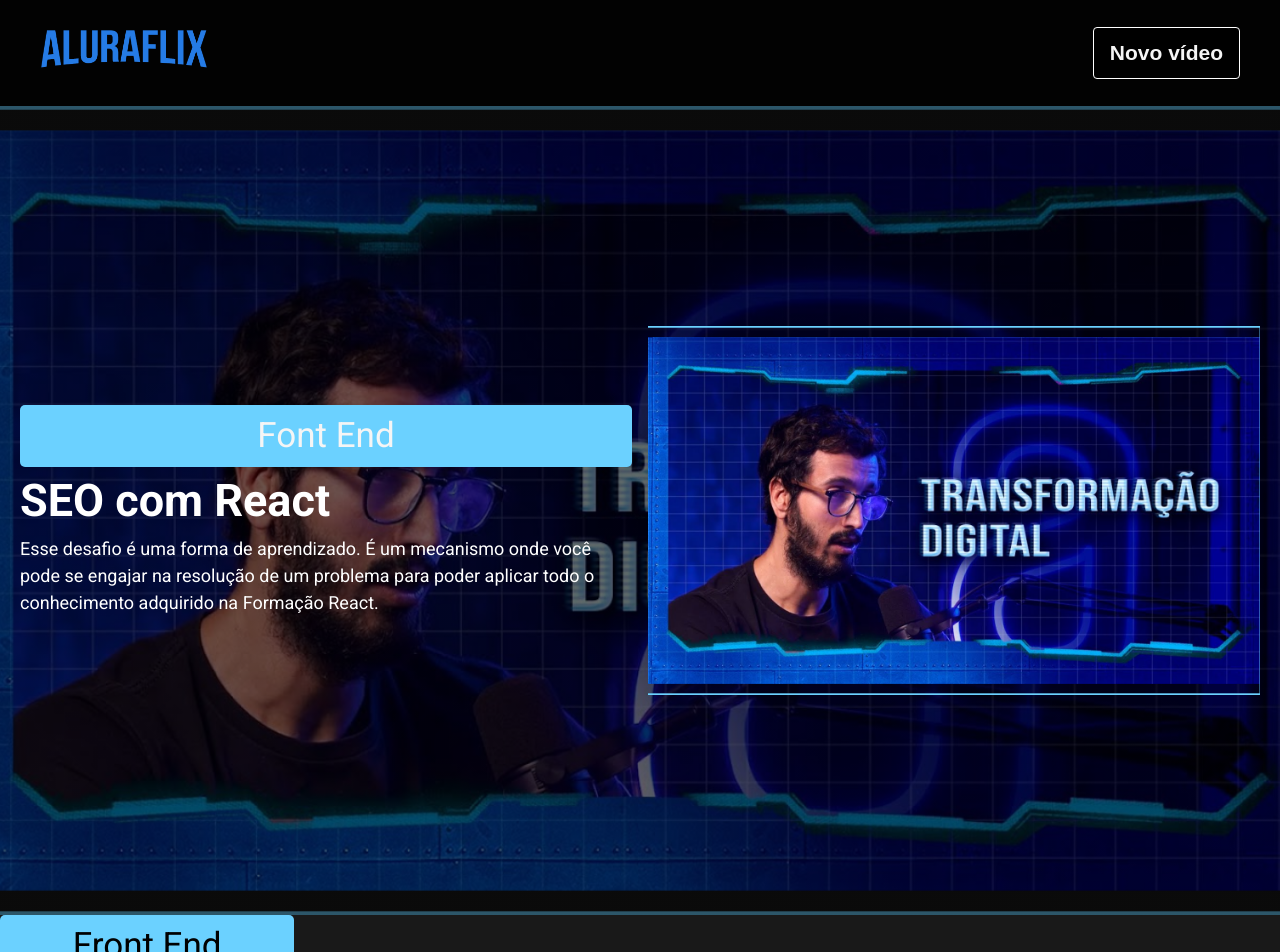
Repository: CarlosEduardoVdeOliveira/aluraflix
Page: /
An editor plug-in stored every save of this project. The page is shown before and after the next save, followed by the edit.
The browser window is 1280 px wide. The pictures show the part of the page from y = 0 to 952 px (the page is 3036 px tall before and 2961 px after).
The project was rebuilt for these pictures with package versions that can differ from the ones it lists, and the page was loaded fresh each time. Also part of the build but not shown: vite.config.js, src/components/Input/Input.module.css, src/components/Input/index.jsx, src/components/TextArea/TextArea.module.css, src/components/TextArea/index.jsx, src/pages/RegisterVideo/Register.module.css, src/pages/RegisterVideo/index.jsx, src/components/Table/Table.module.css and 3 more.

Above is the page before, as saved 2023-09-26 10:13:44.

After the next save:
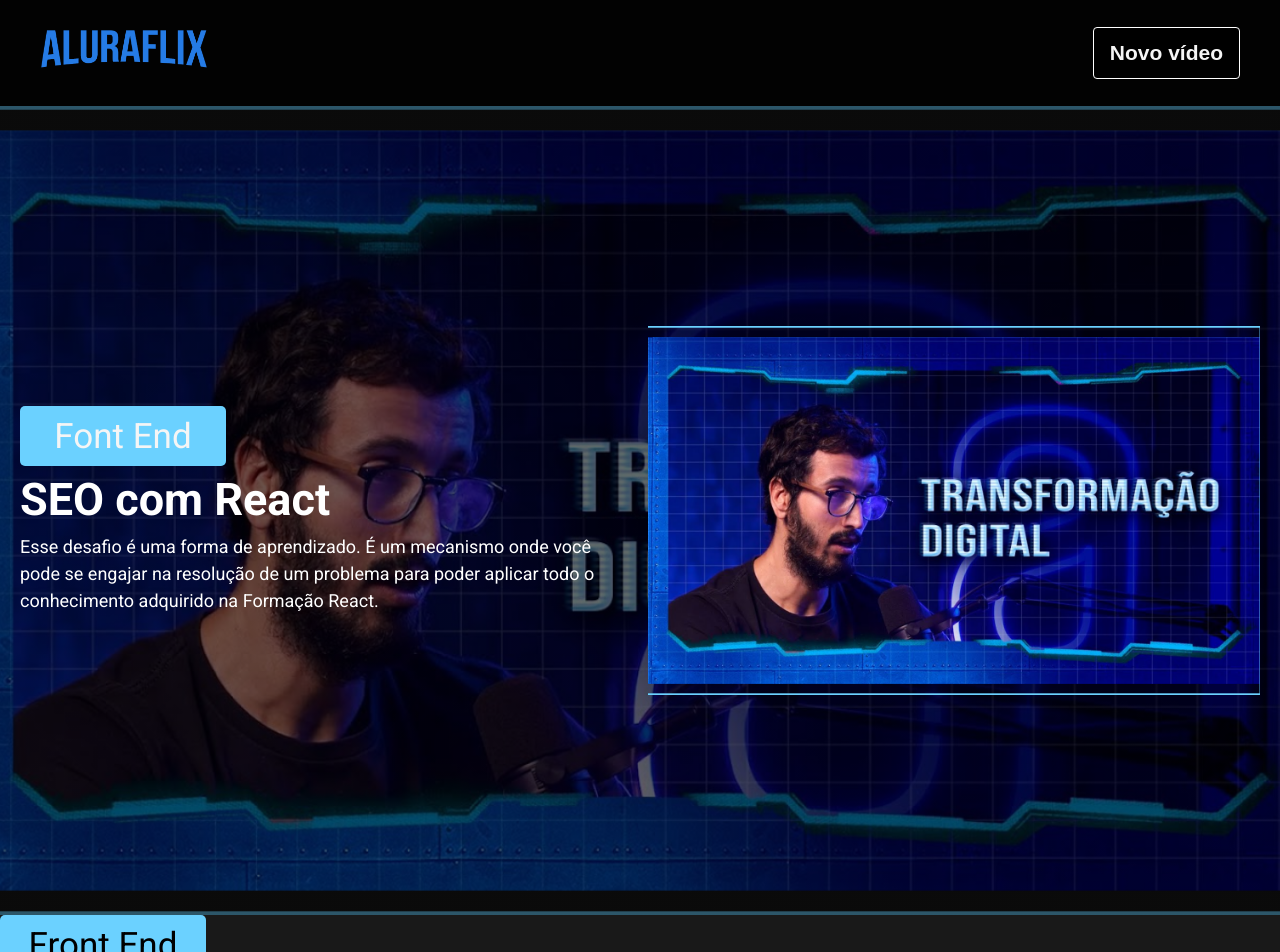
Saved 88 s later.
--- a/src/components/TitleCategory/TitleCategory.module.css
+++ b/src/components/TitleCategory/TitleCategory.module.css
@@ -1,7 +1,13 @@
 .container{
-
+  min-width: 206px;
+  max-width: 206px;
+  height: 60px;
   padding: 5px;
   text-align: center;
   border-radius: 5px;
   font-size: 35px;
+
+  text-overflow: ellipsis;
+  white-space: nowrap;
+  overflow: hidden;
 }
